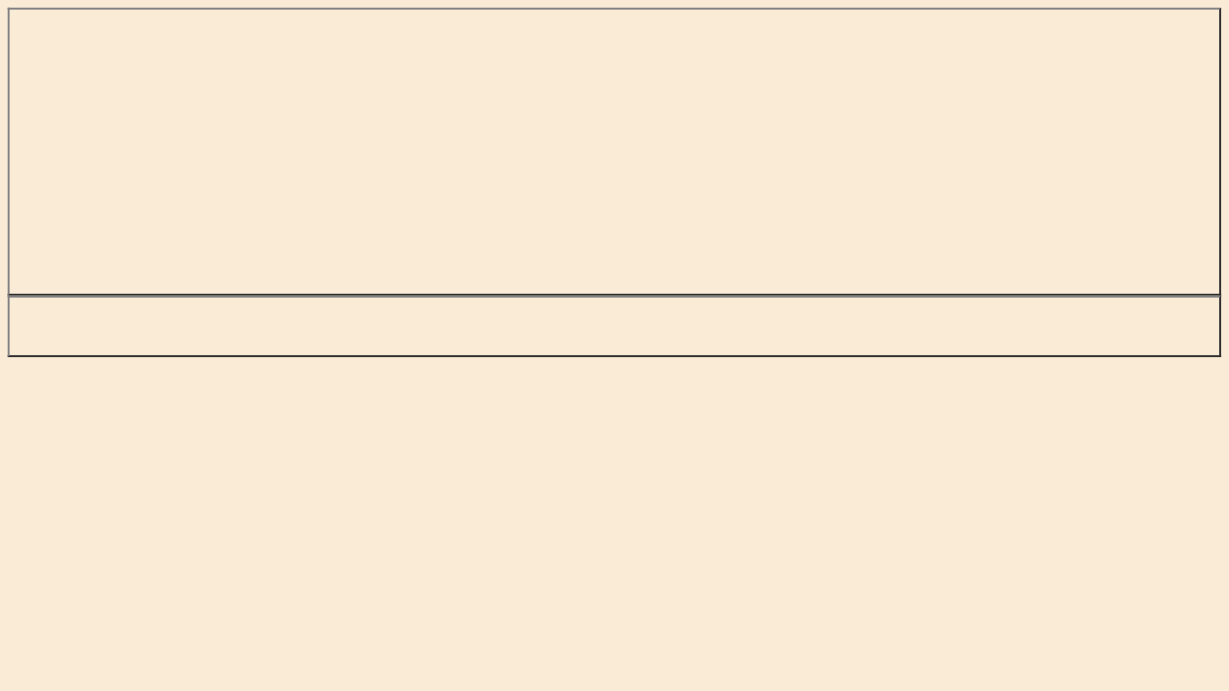
Repository: DAXMZB/Project
Page: http://localhost/SP2/
These files come from the project's save history. The page is drawn as it stood at one moment and after the next save; the edit follows.
The browser window is 1280 px wide. The pictures show the whole page, at 96% of full size.
The page is served by Tomcat 9. Other server files are loaded and not shown.

Above is the page before, as saved 2026-02-04 11:39:34.

### SP2/src/main/webapp/index.jsp
<%@ page language="java" contentType="text/html; charset=UTF-8"
	pageEncoding="UTF-8"%>
<!DOCTYPE html>
<html>
<head>
<meta charset="UTF-8">
<title>Insert title here</title>
<script src="https://code.jquery.com/jquery-3.7.1.min.js"></script>
</head>
<body bgcolor="#faebd7">
	<table width="100%" border="2" align="center" height=300>
		<tr bgcolor=black></tr>
	</table>
	<table width="100%" border="2">
		<tr height=60></tr>
	</table>
</body>
</html>

After the next save:
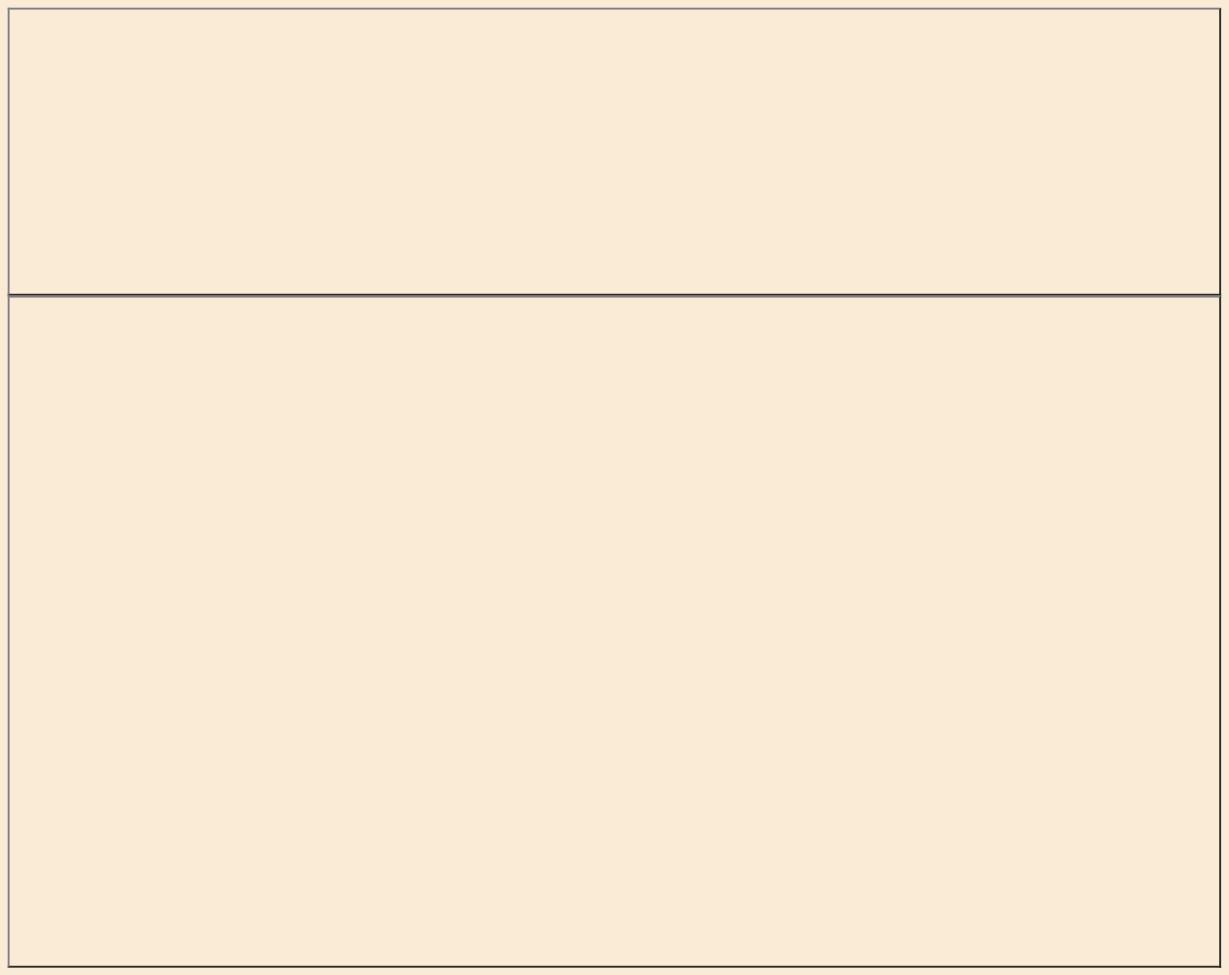
Saved 35 s later.
--- a/SP2/src/main/webapp/index.jsp
+++ b/SP2/src/main/webapp/index.jsp
@@ -11,7 +11,7 @@
 	<table width="100%" border="2" align="center" height=300>
 		<tr bgcolor=black></tr>
 	</table>
-	<table width="100%" border="2">
+	<table width="100%" border="2" height=700>
 		<tr height=60></tr>
 	</table>
 </body>
